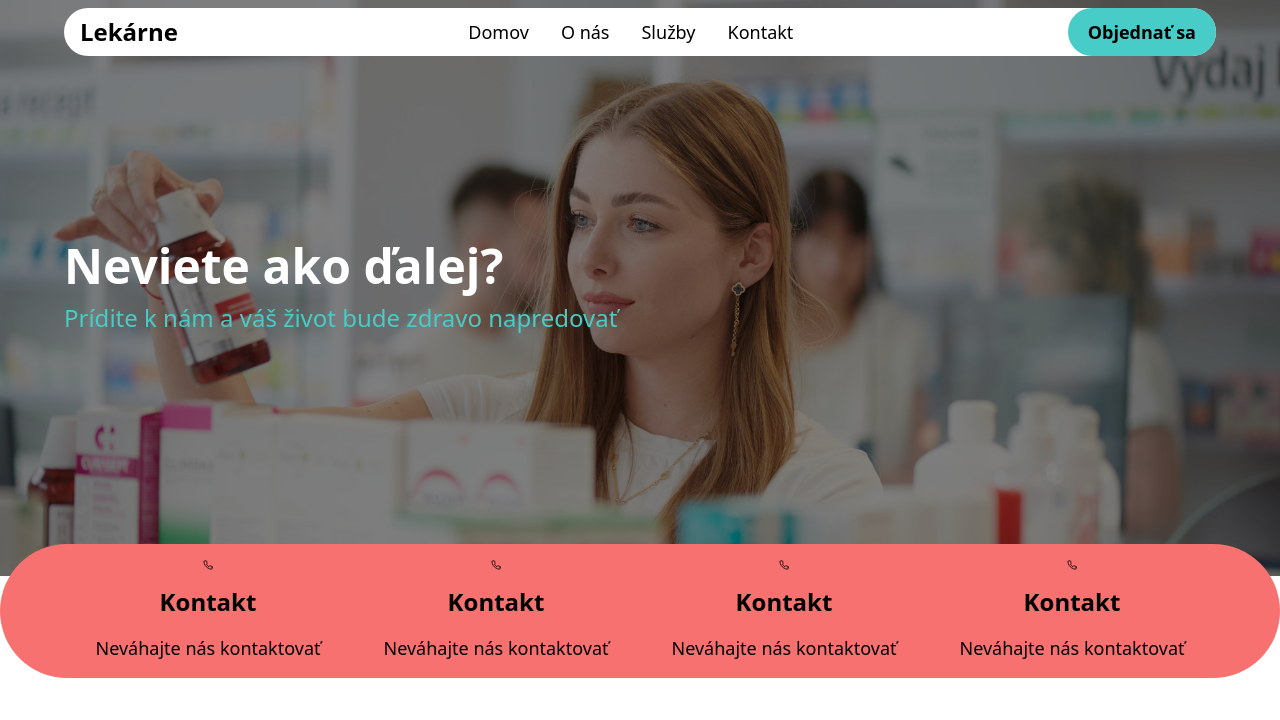
Repository: SimonSkoda13/Lekaren
Page: /
These files come from the project's save history. The page is drawn as it stood at one moment and after the next save; the edit follows.
The browser window is 1280 px wide. The pictures show the whole page.
The project was rebuilt for these pictures with package versions that can differ from the ones it lists, and the page was loaded fresh each time. The framework's server and built-in components were replaced by stand-ins that run in the browser. Also part of the build but not shown: next.config.js.

Above is the page before, as saved 2023-04-22 17:38:19.

### src/app/layout.tsx
import { Header } from "./components/Header/Header";
import "./globals.css";
import { Poppins } from "next/font/google";

export const metadata = {
  title: "Create Next App",
  description: "Generated by create next app",
};

export default function RootLayout({
  children,
}: {
  children: React.ReactNode;
}) {
  return (
    <html lang="en">
      <body className="bg-white min-h-[100vh]">
        <Header />
        <main>{children}</main>
        <footer></footer>
      </body>
    </html>
  );
}

### src/app/page.tsx
import Image from "next/image";
import { Inter } from "next/font/google";
import { HomeHero } from "./components/HomeHero/HomeHero";
import { Contact } from "./components/Contact/Contact";

const inter = Inter({ subsets: ["latin"] });

// page with

export default function Home() {
  return (
    <>
      <HomeHero
        title={"Neviete ako ďalej?"}
        image={"/homeBanner.jpg"}
        description={"Prídite k nám a váš život bude zdravo napredovať"}
      />
      <Contact
        items={[
          {
            title: "Kontakt",
            description: "Neváhajte nás kontaktovať",
            icon: "/contactIcon.svg",
          },
          {
            title: "Kontakt",
            description: "Neváhajte nás kontaktovať",
            icon: "/contactIcon.svg",
          },
          {
            title: "Kontakt",
            description: "Neváhajte nás kontaktovať",
            icon: "/contactIcon.svg",
          },
          {
            title: "Kontakt",
            description: "Neváhajte nás kontaktovať",
            icon: "/contactIcon.svg",
          },
        ]}
      />
    </>
  );
}

### src/app/components/Header/Header.tsx
import Link from "next/link";
import React from "react";

export interface HeaderProps {}

export const Header = (props: HeaderProps) => {
  const {} = props;
  return (
    <header className="cntn fixed w-full top-2 z-10">
      <div className="flex bg-white rounded-full">
        <h1 className="py-2 px-4 text-2xl font-bold">Lekárne</h1>
        <div className="py-2 px-4 flex gap-8 items-center mx-auto text-lg font-medium">
          <Link href="/">Domov</Link>
          <Link href="/onas">O nás</Link>
          <Link href="/sluzby">Služby</Link>
          <Link href="/kontakt">Kontakt</Link>
        </div>
        {/* button order self */}
        <div className="flex justify-center items-center px-5 p-0 bg-primary rounded-full text-lg font-bold">
          <Link href="/order">Objednať sa</Link>
        </div>
      </div>
    </header>
  );
};

### src/app/globals.css
@tailwind base;
@tailwind components;
@tailwind utilities;

@layer components {
  .cntn {
    @apply mx-auto px-4  max-w-screen-xl md:px-16;
  }
}

### src/app/components/HomeHero/HomeHero.tsx
import Image from "next/image";
import React from "react";
import { ImageGradient } from "./ImageGradient/ImageGradient";

export interface HomeHeroProps {
  title: string;
  image: string;
  description: string;
}

export const HomeHero = (props: HomeHeroProps) => {
  const { title, image, description } = props;
  return (
    <section className="relative h-[80vh] z-0 px-0">
      <div className="w-full h-full absolute left-0 top-0 ">
        {/* make filter for image to odd brightness from top biggest to bottom lowest */}
        <ImageGradient>
          <Image
            src={image}
            alt="Next.js logo"
            fill
            style={{
              objectFit: "cover",
              objectPosition: "center",
            }}
          />
        </ImageGradient>
      </div>
      <div className="cntn relative gap-3 h-full flex justify-center flex-wrap flex-col z-10">
        <h1 className="text-5xl font-bold text-white">{title}</h1>
        <p className="text-2xl text-primary">{description}</p>
      </div>
    </section>
  );
};

### src/app/components/Contact/Contact.tsx
import { Phone } from "lucide-react";
import Image from "next/image";
import React from "react";

export interface ContactProps {
  items?: {
    title: string;
    description: string;
    icon: string;
  }[];
}

export const Contact = (props: ContactProps) => {
  const { items } = props;
  return (
    <section className="cntn z-10 relative w-full min-h top-[-2rem] grid grid-cols-2 md:grid-cols-4 items-start bg-red-400 rounded-full">
      {items?.map((item) => (
        <div className="flex flex-col items-center gap-4 p-4">
          {/* <Image
            src={item.icon}
            alt={"contactIcon" + item.title}
            width={100}
            height={100}
          /> */}
          <Phone size={10} />
          <h2 className="text-2xl font-bold">{item.title}</h2>
          <p className="text-lg font-medium">{item.description}</p>
        </div>
      ))}
    </section>
  );
};

### src/app/components/HomeHero/ImageGradient/ImageGradient.tsx
import React from "react";

export interface ImageGradientProps {
  children: React.ReactNode;
}

export const ImageGradient = (props: ImageGradientProps) => {
  const { children } = props;
  return (
    <div className="relative w-full h-full brightness-50 overflow-hidden z-10">
      <div className="absolute inset-0 z-10"></div>
      {children}
    </div>
  );
};

### tailwind.config.js
/** @type {import('tailwindcss').Config} */
module.exports = {
  content: [
    "./src/pages/**/*.{js,ts,jsx,tsx,mdx}",
    "./src/components/**/*.{js,ts,jsx,tsx,mdx}",
    "./src/app/**/*.{js,ts,jsx,tsx,mdx}",
  ],
  theme: {
    extend: {
      colors: {
        primary: "#47CCC8",
        secondary: "#2D3663",
      },
    },
  },
  plugins: [],
};

After the next save:
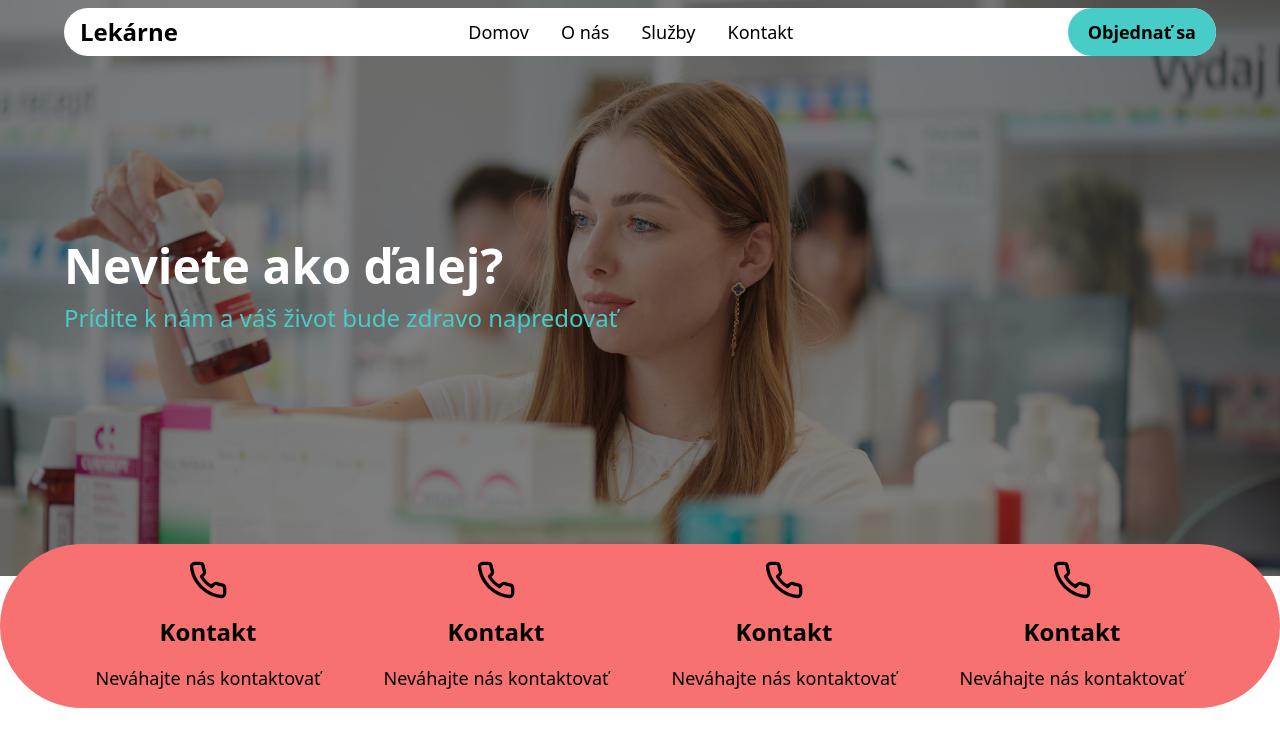
Saved 14 s later.
--- a/src/app/components/Contact/Contact.tsx
+++ b/src/app/components/Contact/Contact.tsx
@@ -22,7 +22,7 @@ export const Contact = (props: ContactProps) => {
             width={100}
             height={100}
           /> */}
-          <Phone size={10} />
+          <Phone size={40} />
           <h2 className="text-2xl font-bold">{item.title}</h2>
           <p className="text-lg font-medium">{item.description}</p>
         </div>
